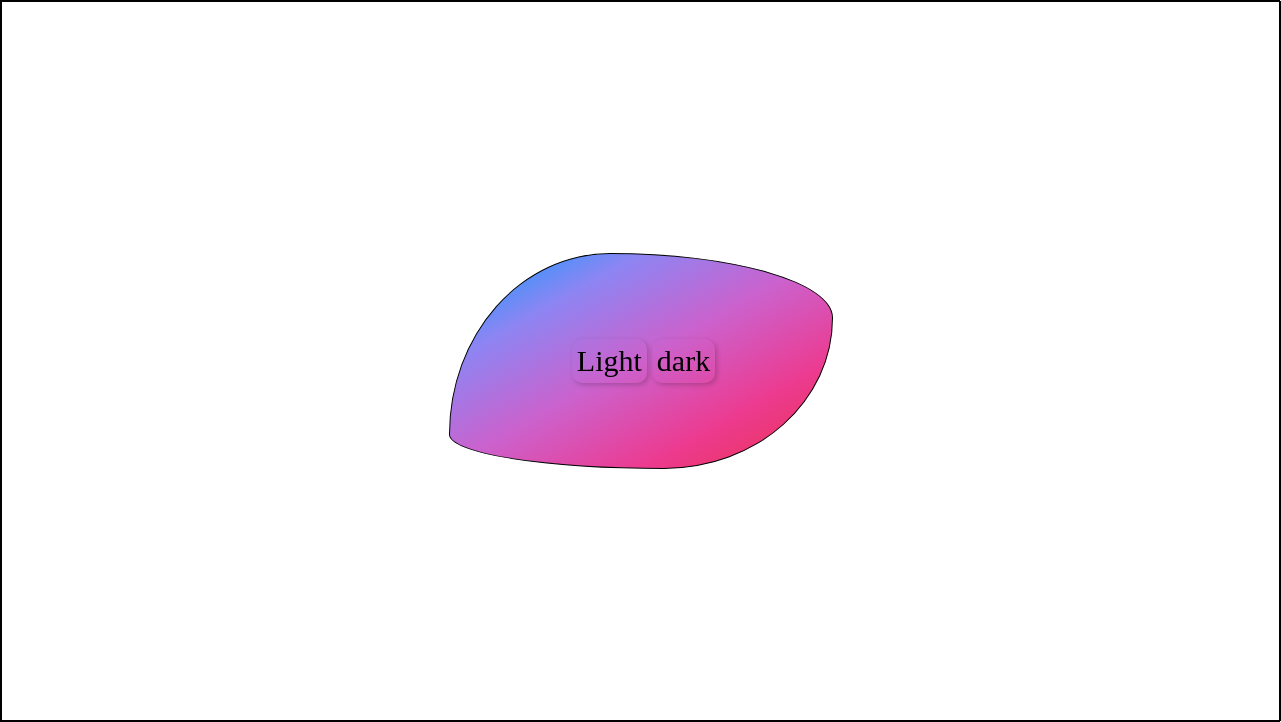
Repository: Yuukicoder/basicProject
Page: project1.html
These files come from the project's save history. The page is drawn as it stood at one moment and after the next save; the edit follows.
The browser window is 1280 px wide. The page is 1281 px wide, so the pictures cover 1281 px, including what lies to the right of the window. The pictures show the whole page.
Some web fonts or font styles are not loaded; a fallback is used.

Above is the page before, as saved 2023-02-24 22:35:38.

After the next save:
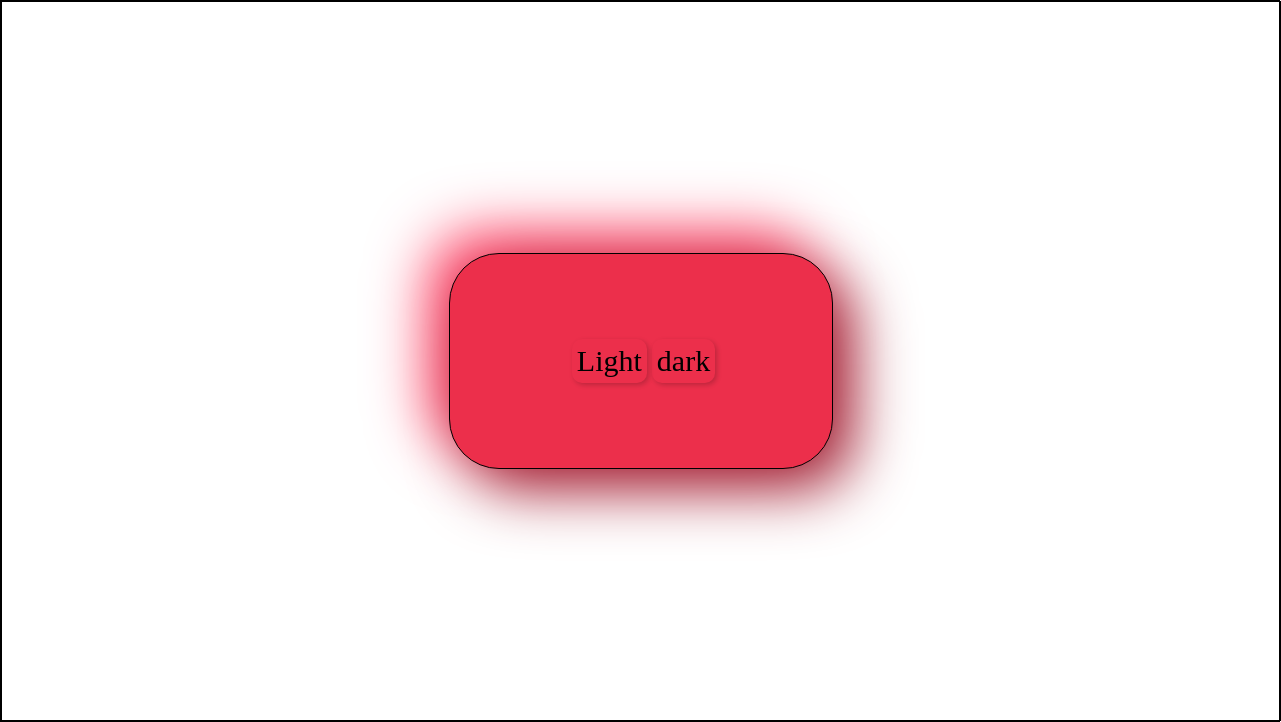
Saved 4 min 9 s later.
--- a/assets/css/project1.css
+++ b/assets/css/project1.css
@@ -28,6 +28,9 @@ body {
   display: flex;
   align-items: center;
   justify-content: center;
+  border-radius: 50px;
+  background: #ec2f4b;
+  box-shadow: 20px 20px 60px #a02033, -20px -20px 60px #ff3e63;
 }
 button {
   background-color: var(--button);
